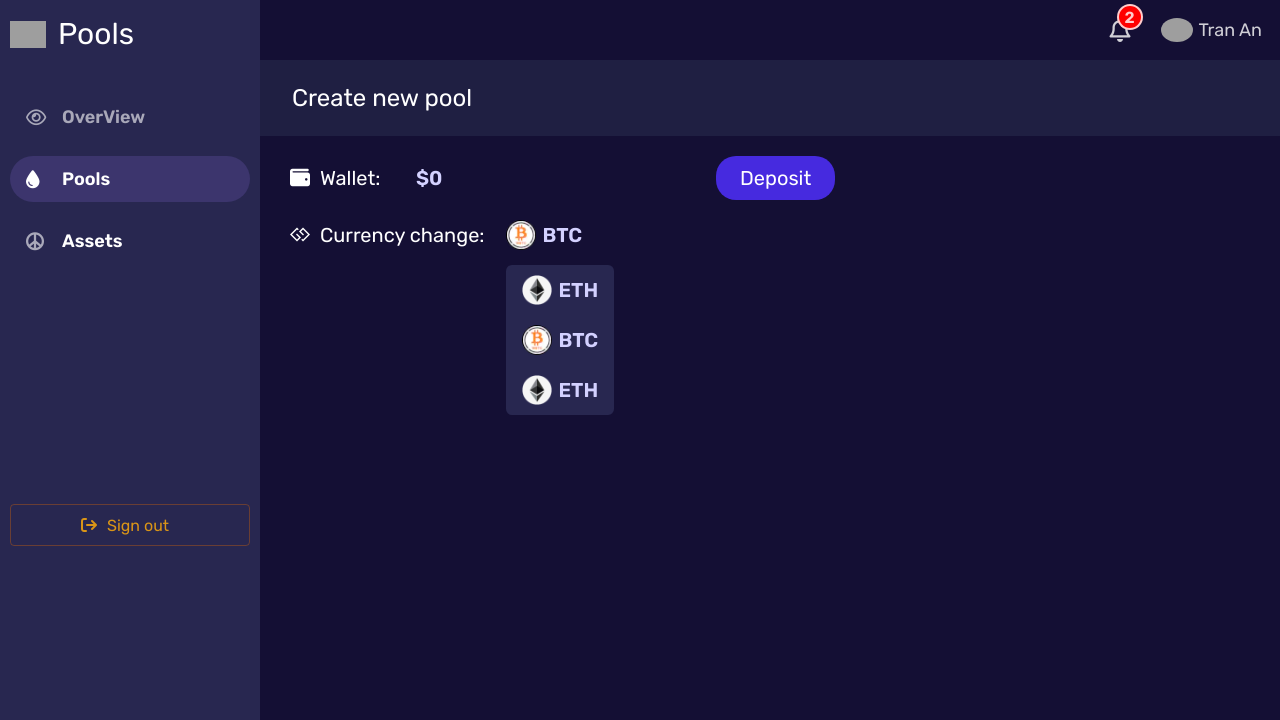
Repository: quynh232000/pools
Page: pool/create-pool.html
These files come from the project's save history. The page is drawn as it stood at one moment and after the next save; the edit follows.
The browser window is 1280 px wide. The pictures show the whole page.
Pictures or frames that could not be fetched are drawn as grey boxes.

Above is the page before, as saved 2023-07-14 00:41:32.

After the next save:
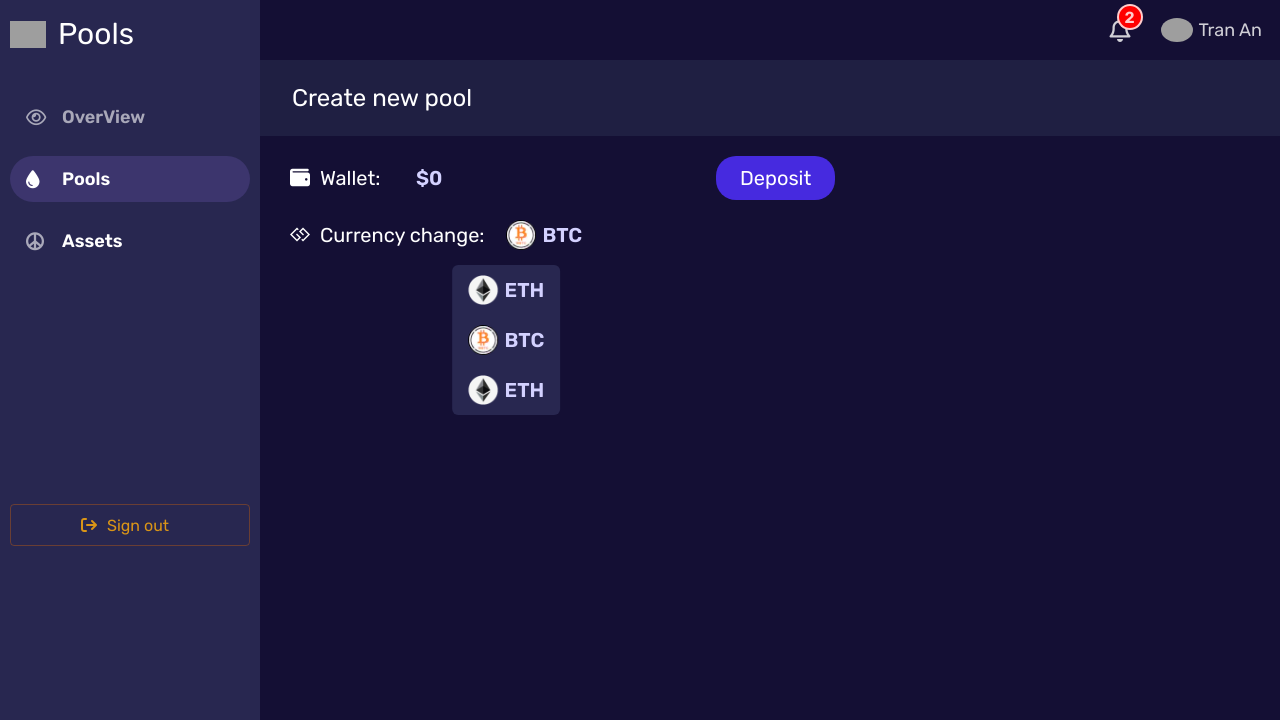
Saved 9 s later.
--- a/src/css/create-pool.css
+++ b/src/css/create-pool.css
@@ -57,6 +57,7 @@
     border-radius: 6px;
     top: 150%;
     left: 0;
+    transform: translateX(-50%);
 }
 .type-money-more .type-money-item{
     /* margin: 8px; */
